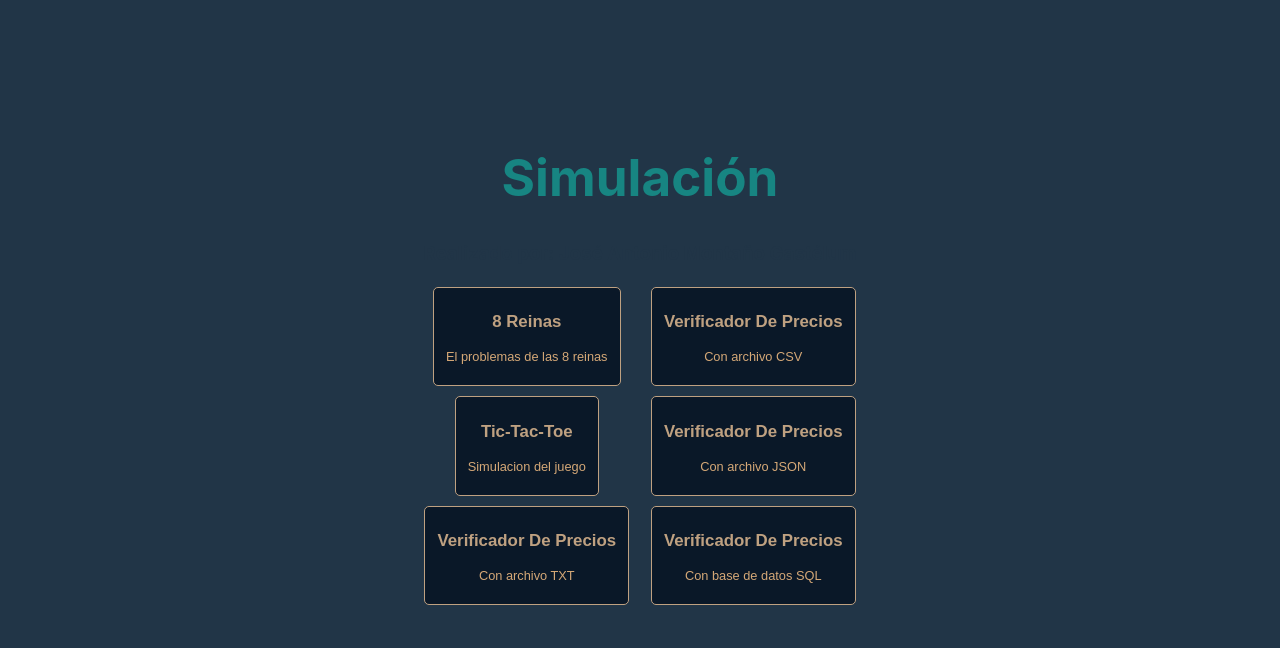
Repository: JoyMoGas/Simulacion
Page: / (app in home-page/)
The author's editor kept a copy of each file at every save. The page is drawn from the files as they stood at one save, then again after the next save.
The browser window is 1280 px wide. The pictures show the whole page.
The project was rebuilt for these pictures with package versions that can differ from the ones it lists, and the page was loaded fresh each time. Also part of the build but not shown: home-page/vite.config.js.

Above is the page before, as saved 2025-04-29 21:47:47.

After the next save:
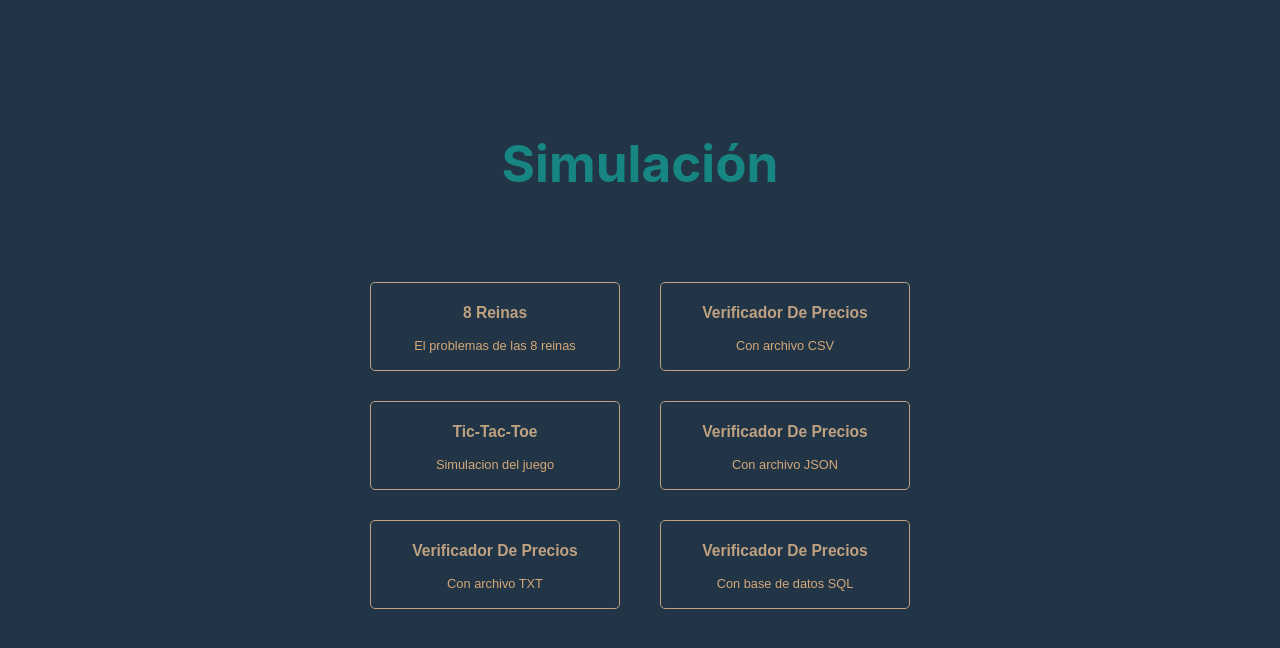
Saved 2 min 46 s later.
--- a/home-page/src/App.css
+++ b/home-page/src/App.css
@@ -5,15 +5,20 @@
   text-align: center;
 }
 
+.btn-container {
+  display: flex;
+  flex-direction: column; /* Cada botón será un ítem en una columna */
+  padding: 10px;
+}
+
 .btn-pj {
-  background-color: #0A1828;
+  padding: 5px 20px;
+  width: 250px;
+  background-color: transparent;
   color: #BFA181;
   border: 1px solid #BFA181;
-  padding: 8px 12px;
-  font-size: 0.9rem;
   border-radius: 5px;
   cursor: pointer;
-  transition: background-color 0.2s;
 }
 
 .btn-pj:hover {
